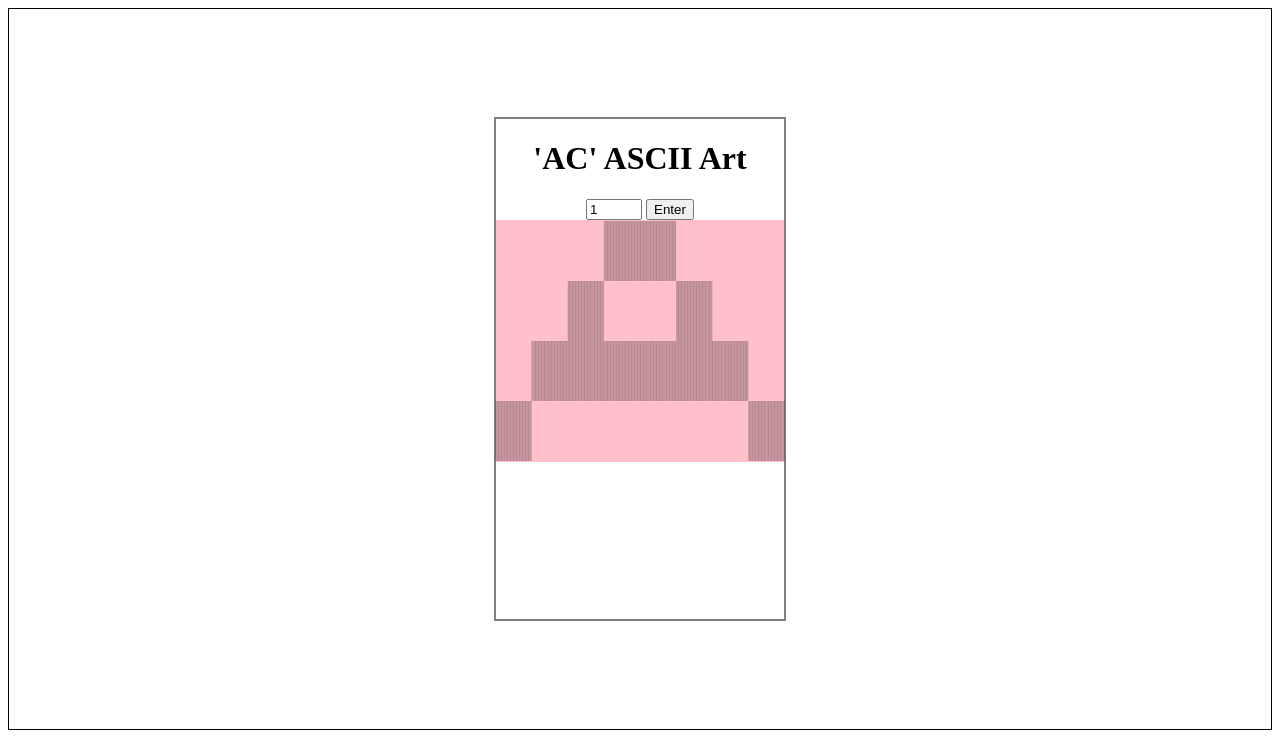
Repository: Achorn/ascii-art
Page: index.html
The author's editor kept a copy of each file at every save. The page is drawn from the files as they stood at one save, then again after a run of saves.
The browser window is 1280 px wide. The pictures show the whole page.

Above is the page before, as saved 2021-08-09 19:51:36.

### index.html
<!DOCTYPE html>
<html lang="en">
  <head>
    <link rel="stylesheet" href="styles.css" />
    <meta charset="UTF-8" />
    <meta http-equiv="X-UA-Compatible" content="IE=edge" />
    <meta name="viewport" content="width=device-width, initial-scale=1.0" />
    <title>Document</title>
  </head>
  <body>
    <form>
      <h1>'AC' ASCII Art</h1>
      <input type="number" min="1" value="1" max="10" />
      <button>Enter</button>
      <div id="ascii-container">
        <div id="a-container">
          <p id="mono-a" style="font-family: 'Lucida Console', monospace"></p>
        </div>
        <div id="c-container">
          <p id="mono-c" style="font-family: 'Lucida Console', monospace"></p>
        </div>
      </div>
    </form>
    <script type="text/javascript" src="myscripts.js"></script>
  </body>
</html>

### styles.css
body {
  border: 1px solid black;
  display: flex;
  flex-direction: column;
  justify-content: center;
  align-items: center;
  height: 100vh;
}

form {
  border: 2px solid grey;
  height: 500px;
  /* width: 400px; */
  text-align: center;
}

#ascii-container {
  display: flex;
}

#a-container {
  background-color: pink;
}
#c-container {
  background-color: pink;
}
#mono-a {
  /* font-size: 25.5vw; */

  white-space: pre;
}
#mono-c {
  white-space: pre;
}

### myscripts.js
let oneA = ["A"];
let twoA = [
  [" ", "A", " "],
  ["A", " ", "A"],
];
let threeA = [
  [" ", " ", "A", " ", " "],
  ["", "A", "A", "A", ""],
  ["A", "", "", "", "A"],
];

let four = [
  [" ", " ", " ", "A"],
  [" ", " ", "A", " "],
  [" ", "A", "A", "A"],
  ["A", " ", " ", " "],
];

let eight = [
  [" ", " ", " ", " ", " ", " ", " ", "A"],
  [" ", " ", " ", " ", " ", " ", "A", "A"],
  [" ", " ", " ", " ", " ", "A", "A", " "],
  [" ", " ", " ", " ", "A", "A", "A", "A"],
  [" ", " ", " ", "A", "A", "A", "A", "A"],
  [" ", " ", "A", "A", " ", " ", " ", " "],
  [" ", "A", "A", " ", " ", " ", " ", " "],
  ["A", "A", " ", " ", " ", " ", " ", " "],
];

function scaleSpread(array, factor) {
  const scaled = [];

  for (const row of array) {
    let x = [];

    for (const item of row) x.push(...Array(factor).fill(item));

    scaled.push(...Array(factor).fill(x));
  }

  return scaled;
}

function arrToString(arr) {
  let string = "";
  for (let i = 0; i < arr.length; i++) {
    string += arr[i].join("") + "<br>";
  }
  return string;
}

function halfArrToString(arr) {
  let string = "";
  for (let i = 0; i < arr.length; i++) {
    string += arr[i].join("");
    let rev = arr[i].slice();
    string += rev.reverse().join("");
    string += "<br>";
  }
  return string;
}
function trimA(arr, lWidth) {
  for (i = 0; i < arr.length; i++) {
    let disp = lWidth - (i % lWidth) - 1;
    let newArr = arr[i].slice();
    for (let j = 0; j < disp; j++) {
      newArr.pop();
      newArr.unshift(" ");
    }
    arr[i] = newArr;
  }
}

let monoA = document.getElementById("mono-a");
let monoC = document.getElementById("mono-c");
let scale = 60;
let scaledFour = scaleSpread(four, scale);
// trimA(scaledFour, scale);

let scaledEight = scaleSpread(eight, 5);
// trimA(scaledEight, 4);
// mono.innerHTML = halfArrToString(scaleSpread(four, 7));
monoA.style.fontSize = `${60 / scale}px`;
// monoC.style.fontSize = `${4 / scale}em`;
monoA.innerHTML = halfArrToString(scaledFour);
// monoC.innerHTML = arrToString(scaledEight);
// mono.innerHTML += arrToString(scaleSpread(eight, 1));

After the next 7 saves:
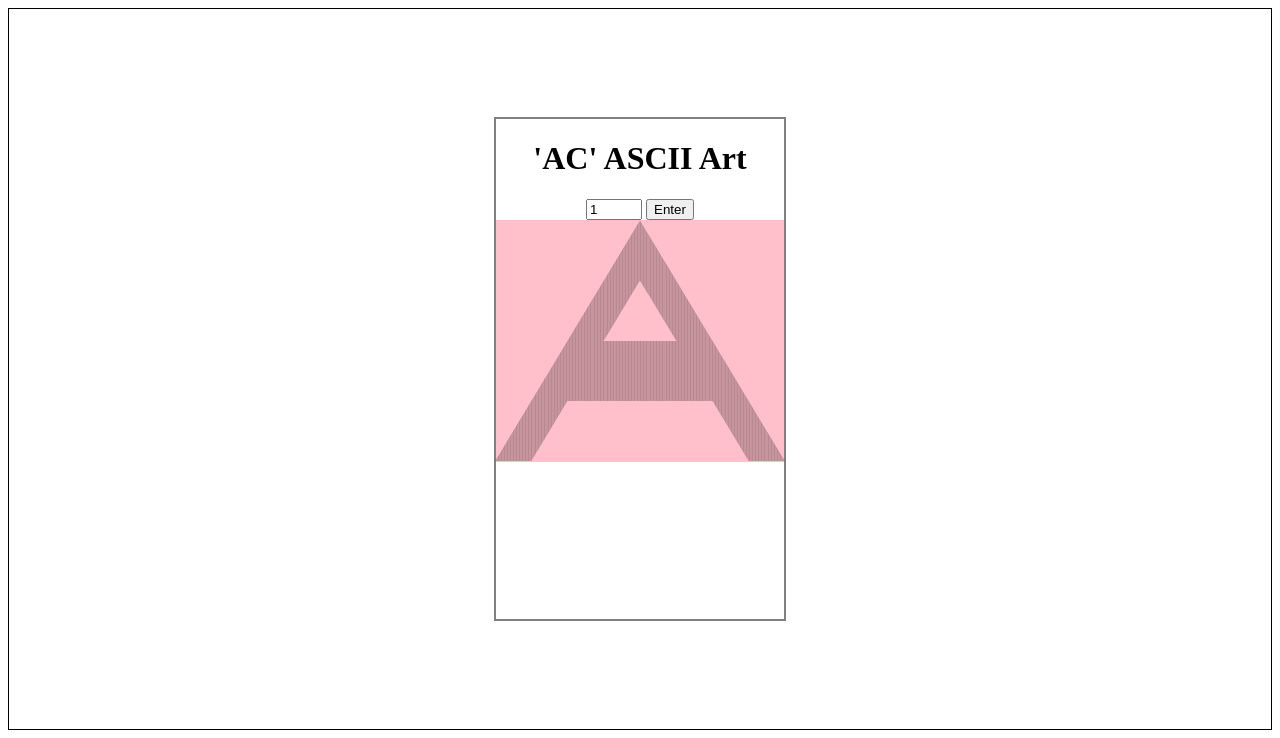
The 7 saves are shown as one change because they came seconds apart.
The last was saved 14 s later.
--- a/myscripts.js
+++ b/myscripts.js
@@ -75,7 +75,7 @@ let monoA = document.getElementById("mono-a");
 let monoC = document.getElementById("mono-c");
 let scale = 60;
 let scaledFour = scaleSpread(four, scale);
-// trimA(scaledFour, scale);
+trimA(scaledFour, scale);
 
 let scaledEight = scaleSpread(eight, 5);
 // trimA(scaledEight, 4);
